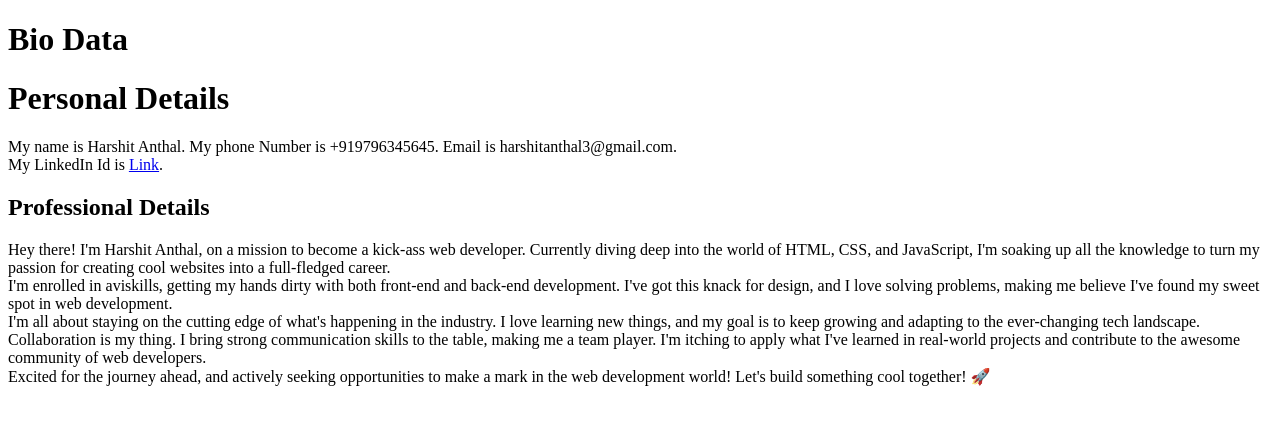
Repository: harshitanthal1/assignments_avisoft
Page: 31-01-2024/Assignment_1/index.html
These files come from the project's save history. The page is drawn as it stood at one moment and after the next save; the edit follows.
The browser window is 1280 px wide. The pictures show the whole page.

Above is the page before, as saved 2024-01-31 13:07:01.

After the next save:
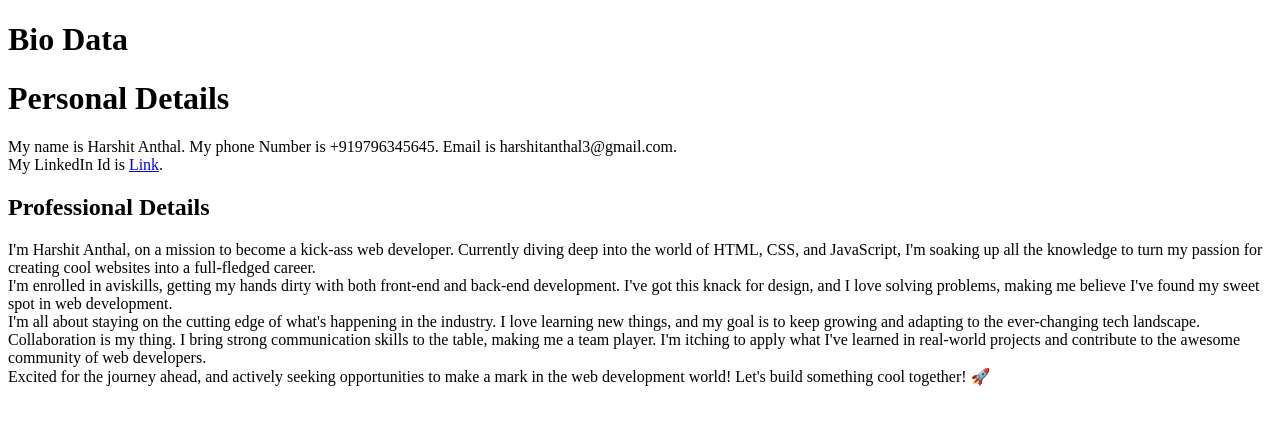
Saved 12 s later.
--- a/31-01-2024/Assignment_1/index.html
+++ b/31-01-2024/Assignment_1/index.html
@@ -19,7 +19,7 @@
     <div>
         <h2>Professional Details</h2>
         <p>
-            Hey there! I'm Harshit Anthal, on a mission to become a kick-ass web developer. Currently diving deep into the world of HTML, CSS, and JavaScript, I'm soaking up all the knowledge to turn my passion for creating cool websites into a full-fledged career.
+            I'm Harshit Anthal, on a mission to become a kick-ass web developer. Currently diving deep into the world of HTML, CSS, and JavaScript, I'm soaking up all the knowledge to turn my passion for creating cool websites into a full-fledged career.
             <br />
 
             I'm enrolled in aviskills, getting my hands dirty with both front-end and back-end development. I've got this knack for design, and I love solving problems, making me believe I've found my sweet spot in web development.
